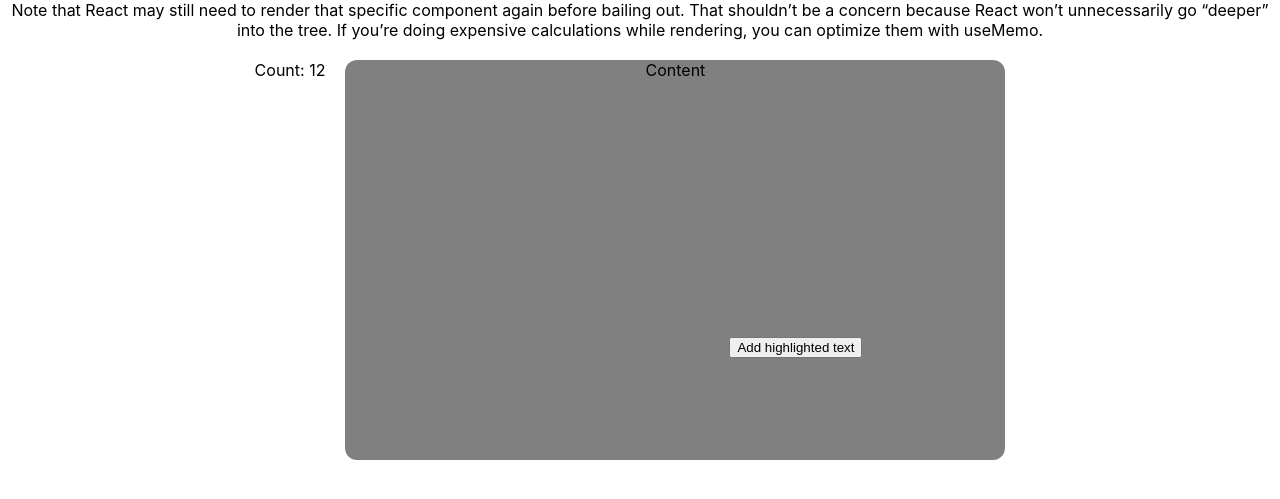
Repository: Farbod29/React-text-highlighter-with-hook-
Page: /
These files come from the project's save history. The page is drawn as it stood at one moment and after the next save; the edit follows.
The browser window is 1280 px wide. The pictures show the whole page.
The project was rebuilt for these pictures with package versions that can differ from the ones it lists, and the page was loaded fresh each time.

Above is the page before, as saved 2022-02-18 21:30:22.

### src/App.js
import './App.css';
import Highlighter from './highlighter';
function App() {
  return (
    <div className="App">
      <Highlighter />
    </div>
  );
}

export default App;

### src/highlighter.js
import React, { useEffect, useState } from 'react';

export default function Highlighter() {
  let doit = () => {
    document.onmouseup = () => {
      console.log(window.getSelection().toString());
    };
  };
  const [count, setCount] = useState(12);
  return (
    <>
      <div>
        {' '}
        Note that React may still need to render that specific component again
        before bailing out. That shouldn’t be a concern because React won’t
        unnecessarily go “deeper” into the tree. If you’re doing expensive
        calculations while rendering, you can optimize them with useMemo.
      </div>
      Count: {count}
      {/* <button onClick={() => setCount((prevCount) => prevCount - 1)}>-</button> */}
      <div
        style={{
          padding: '0px 10px',
          height: '400px',
          width: '50vw',
          margin: '20px',
          borderRadius: '12px',
          backgroundColor: 'gray',
          inline: true,
          fontColor: 'red',
          display: 'inline-block',
          textAlign: 'center',
          position: 'relative',
        }}
      >
        Content
        <div style={{ position: 'absolute', bottom: '8vw', left: '30vw' }}>
          <button onClick={() => setCount(12)}> Add highlighted text </button>
        </div>
      </div>
      {doit()}
    </>
  );
}

Loaded but not shown: public/index.html (common file); src/index.js (common file); src/index.css (common file); src/reportWebVitals.js (common file); src/App.css (common file)

After the next save:
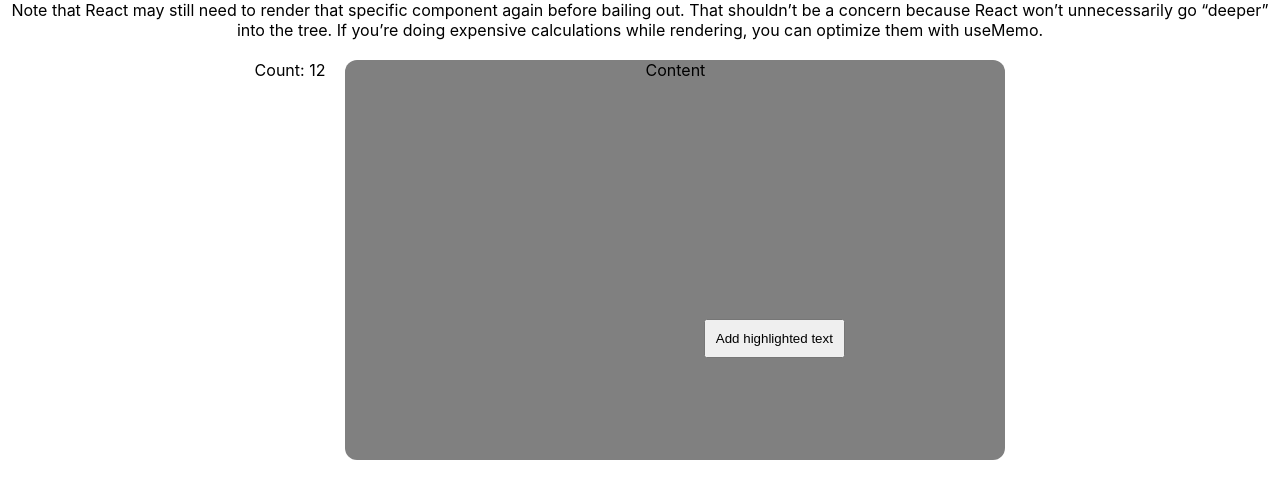
Saved 2 min 29 s later.
--- a/src/highlighter.js
+++ b/src/highlighter.js
@@ -34,8 +34,11 @@ export default function Highlighter() {
         }}
       >
         Content
-        <div style={{ position: 'absolute', bottom: '8vw', left: '30vw' }}>
-          <button onClick={() => setCount(12)}> Add highlighted text </button>
+        <div style={{ position: 'absolute', bottom: '8vw', left: '28vw' }}>
+          <button style={{ padding: '10px' }} onClick={() => setCount(12)}>
+            {' '}
+            Add highlighted text{' '}
+          </button>
         </div>
       </div>
       {doit()}
